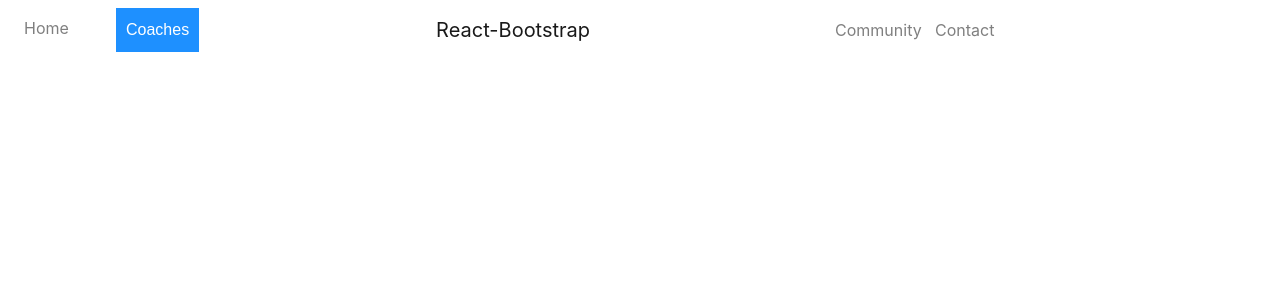
Repository: rihemebh/PersoCoach-Back
Page: / (app in persocoach/persocoach-front/)
These files come from the project's save history. The page is drawn as it stood at one moment and after a run of saves; the edit follows.
The browser window is 1280 px wide. The pictures show the whole page.
The project was rebuilt for these pictures with package versions that can differ from the ones it lists, and the page was loaded fresh each time.

Above is the page before, as saved 2021-04-18 01:11:06.

### persocoach/persocoach-front/src/index.js
import React from 'react';
import ReactDOM from 'react-dom';
import './index.css';
//import App from './App';
import Mynavbar from './Mynavbar';
import reportWebVitals from './reportWebVitals';
import '../node_modules/bootstrap/dist/css/bootstrap.min.css';
//import { NavbarBrand } from 'react-bootstrap';

ReactDOM.render(
  <React.StrictMode>
    <Mynavbar />
  </React.StrictMode>,
  document.getElementById('root')
);

// If you want to start measuring performance in your app, pass a function
// to log results (for example: reportWebVitals(console.log))
// or send to an analytics endpoint. Learn more: https://bit.ly/CRA-vitals
reportWebVitals();

### persocoach/persocoach-front/src/Mynavbar.js
import React, { Component } from 'react';
import {Nav,  Navbar,NavDropdown} from 'react-bootstrap';


export default class Mynavbar extends Component {
  render() {

    const mystyle = {
      color: "white",
      backgroundColor: "DodgerBlue",
      padding: "10px",
      fontFamily: "Arial"
    };
    return (
      <Navbar bg="white" expand="lg">

      <Navbar.Toggle aria-controls="basic-navbar-nav" />
      <Navbar.Collapse >
        <Nav className="mr-auto">
          <Nav.Link href="#home" style={{width: "100px" }}>Home</Nav.Link>
          <Nav.Link href="#link" style={{width: "100px" }} style={mystyle} >Coaches</Nav.Link>
        </Nav>
        <Navbar.Brand href="#home" className="mr-auto" >React-Bootstrap</Navbar.Brand>
        <Nav className="mr-auto" id="basic-navbar-nav">
        <Nav.Link href="#link" style={{width: "100px" }}>Community</Nav.Link>
          <Nav.Link href="#link" style={{width: "100px" }}>Contact</Nav.Link>
          </Nav>
      </Navbar.Collapse>
    </Navbar>
    )
  }
}

Loaded but not shown: persocoach/persocoach-front/public/index.html (common file); persocoach/persocoach-front/src/index.css (common file); persocoach/persocoach-front/src/reportWebVitals.js (common file)

After the next 2 saves:
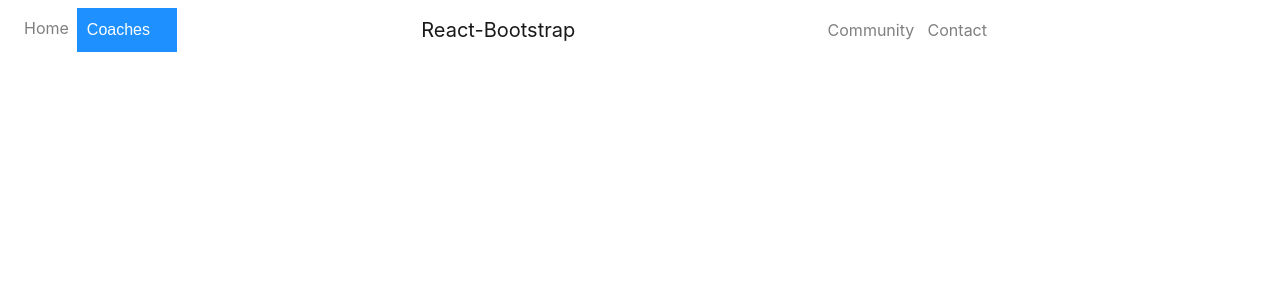
The 2 saves are shown as one change because they came seconds apart.
The last was saved 9 s later.
--- a/persocoach/persocoach-front/src/Mynavbar.js
+++ b/persocoach/persocoach-front/src/Mynavbar.js
@@ -9,7 +9,8 @@
       color: "white",
       backgroundColor: "DodgerBlue",
       padding: "10px",
-      fontFamily: "Arial"
+      fontFamily: "Arial",
+      width: "100px"
     };
     return (
       <Navbar bg="white" expand="lg">
@@ -17,7 +18,7 @@
       <Navbar.Toggle aria-controls="basic-navbar-nav" />
       <Navbar.Collapse >
         <Nav className="mr-auto">
-          <Nav.Link href="#home" style={{width: "100px" }}>Home</Nav.Link>
+          <Nav.Link href="#home" style={{}}>Home</Nav.Link>
           <Nav.Link href="#link" style={{width: "100px" }} style={mystyle} >Coaches</Nav.Link>
         </Nav>
         <Navbar.Brand href="#home" className="mr-auto" >React-Bootstrap</Navbar.Brand>
